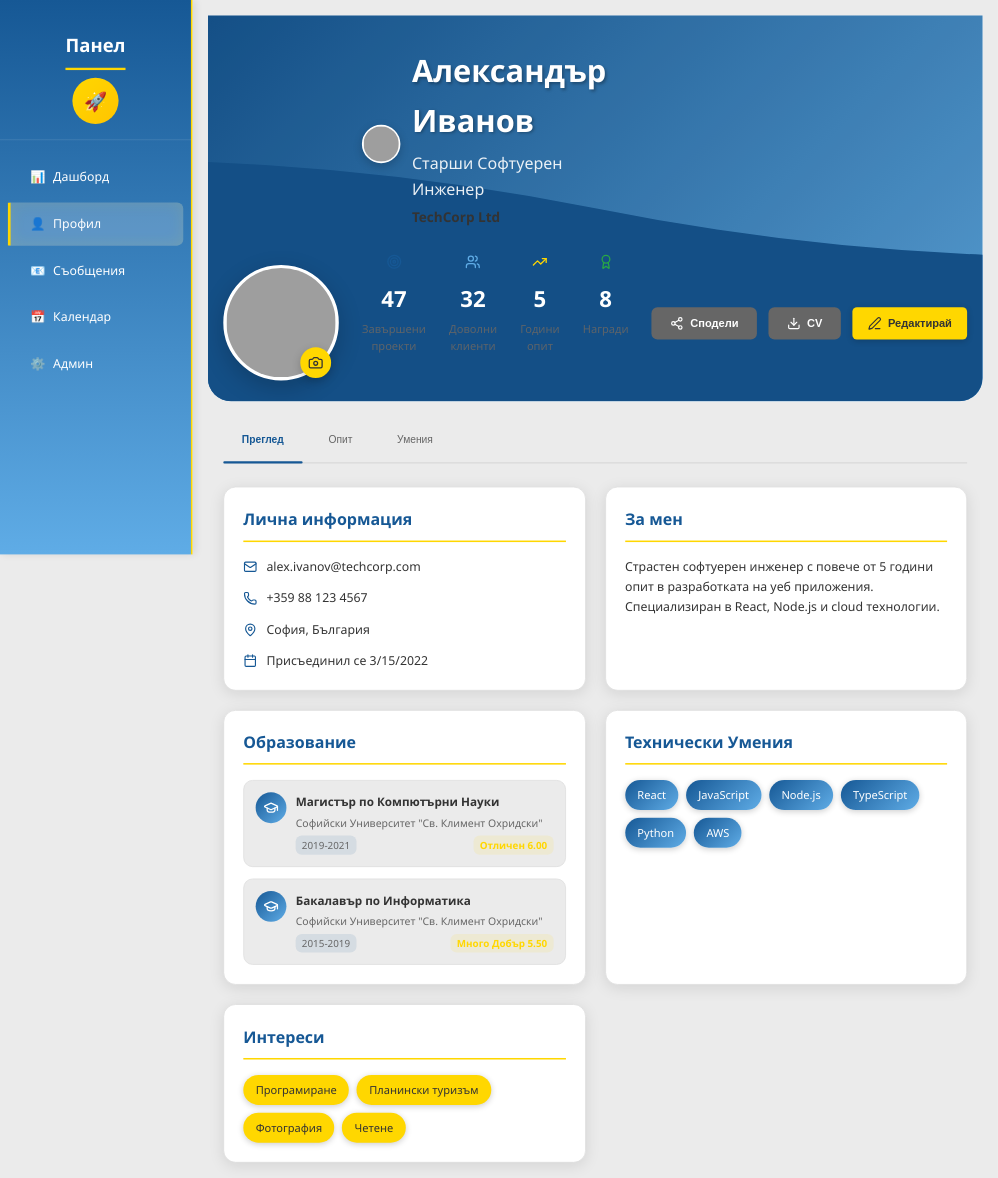
Repository: BorisSavianov/doxa-frontend
Page: /profile
These files come from the project's save history. The page is drawn as it stood at one moment and after the next save; the edit follows.
The browser window is 1280 px wide. The page is 1296 px wide, then 1280 px, so the pictures cover 1296 px, including what lies to the right of the window. The pictures show the whole page, at 77% of full size.
Pictures or frames that could not be fetched are drawn as grey boxes. The project was rebuilt for these pictures with package versions that can differ from the ones it lists, and the page was loaded fresh each time. Also part of the build but not shown: vite.config.js, src/components/Layout/Header.jsx, src/components/Charts/SimpleChart.jsx, src/pages/Dashboard.jsx, src/pages/Inbox.css, src/pages/Inbox.jsx, src/pages/Calendar.jsx, src/pages/Admin.jsx.

Above is the page before, as saved 2025-10-24 13:43:32.

After the next save:
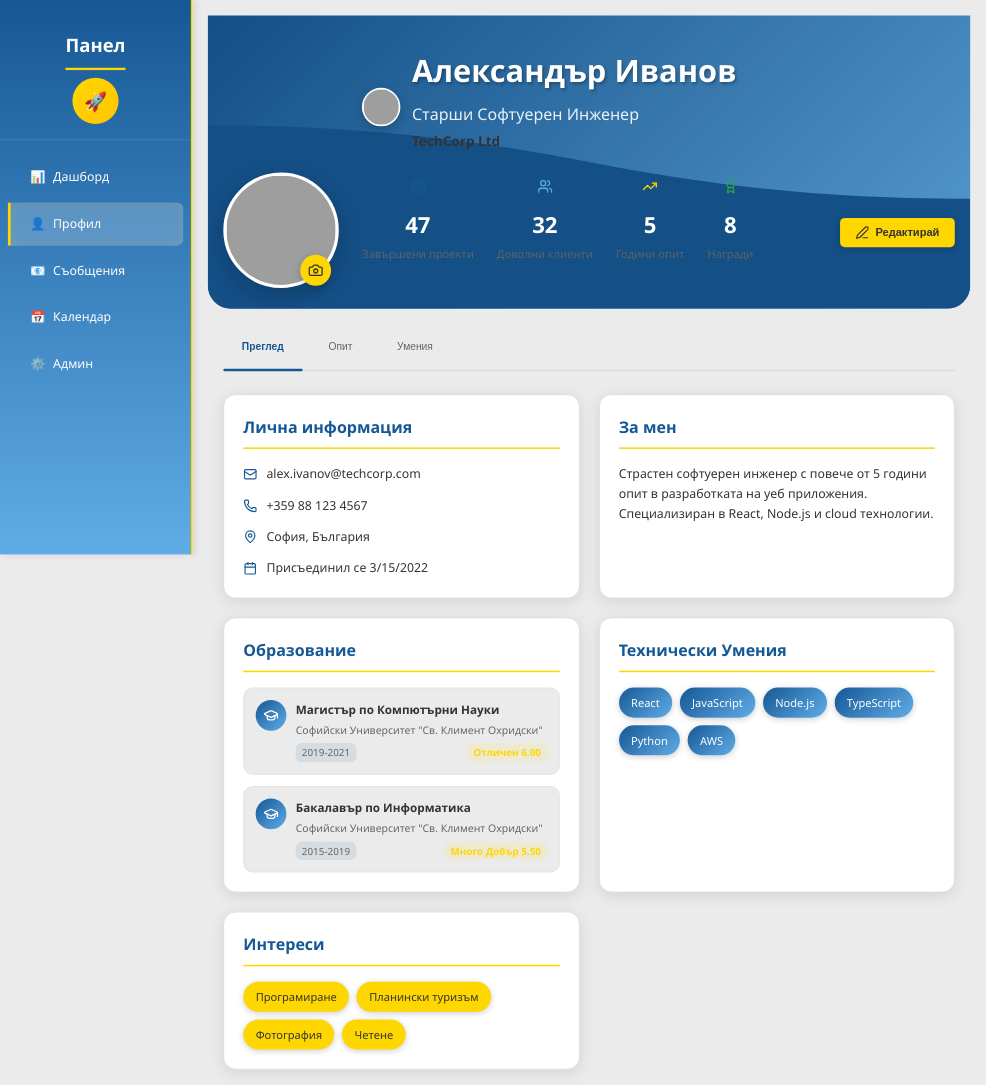
Saved 32 s later.
--- a/src/pages/Profile.jsx
+++ b/src/pages/Profile.jsx
@@ -198,22 +198,7 @@ const Profile = () => {
           </div>
 
           <div className="profile-actions">
-            <motion.button
-              className="btn btn-secondary"
-              whileHover={{ scale: 1.05 }}
-              whileTap={{ scale: 0.95 }}
-            >
-              <Share2 size={18} />
-              {t('Сподели', 'Share')}
-            </motion.button>
-            <motion.button
-              className="btn btn-secondary"
-              whileHover={{ scale: 1.05 }}
-              whileTap={{ scale: 0.95 }}
-            >
-              <Download size={18} />
-              {t('CV', 'CV')}
-            </motion.button>
+
             <motion.button
               className="btn btn-primary edit-btn"
               onClick={() => setIsEditing(!isEditing)}
